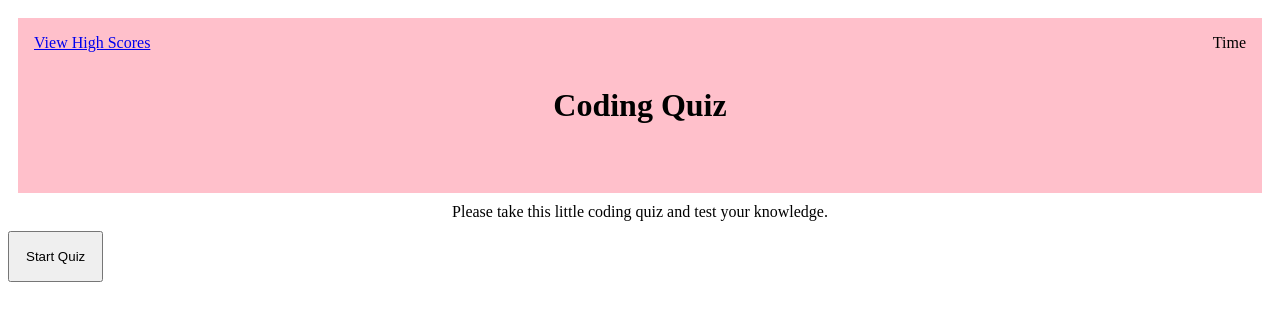
Repository: Naomilounsbury/code-quiz
Page: index.html
These files come from the project's save history. The page is drawn as it stood at one moment and after the next save; the edit follows.
The browser window is 1280 px wide. The pictures show the whole page.

Above is the page before, as saved 2021-11-29 10:36:00.

After the next save:
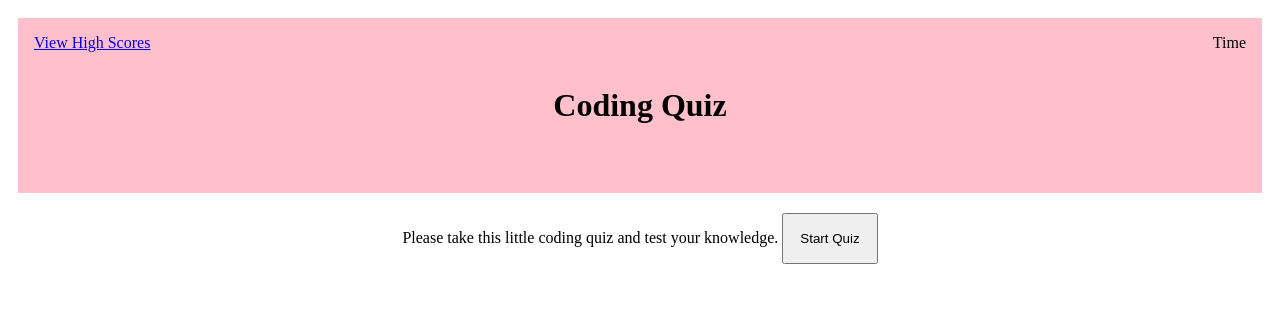
Saved 42 s later.
--- a/assets/css/styles.css
+++ b/assets/css/styles.css
@@ -34,9 +34,9 @@
 
 }
 button{
-    display: flex;
+    /* display: flex;
     flex-wrap: wrap;
-    position: relative;
+    position: relative; */
     margin: 10px 0 5px 0;
     justify-content: center;
     padding: 16px;

After the 3 saves that followed:
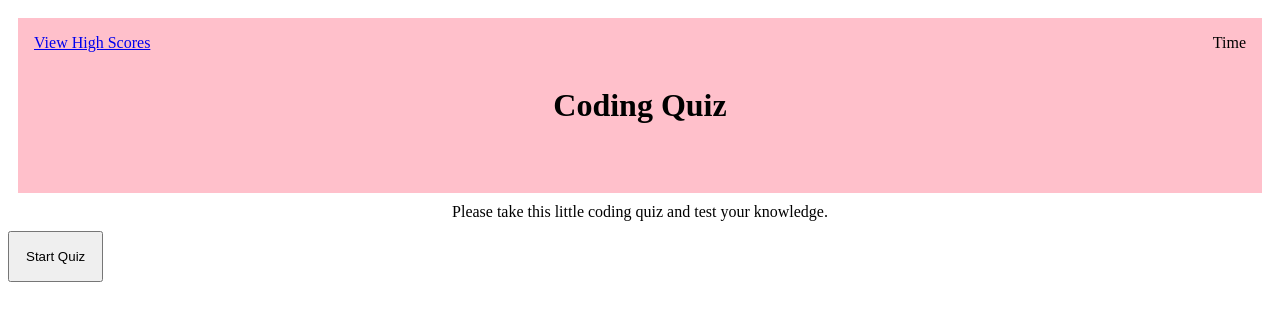
The 3 saves are shown as one change because 2 left the picture as it was.
The last was saved 3 min 19 s later.
--- a/assets/css/styles.css
+++ b/assets/css/styles.css
@@ -34,9 +34,9 @@
 
 }
 button{
-    /* display: flex;
+    display: flex;
     flex-wrap: wrap;
-    position: relative; */
+
     margin: 10px 0 5px 0;
     justify-content: center;
     padding: 16px;
--- a/assets/js/script.js
+++ b/assets/js/script.js
@@ -18,7 +18,7 @@ var onStartQuiz = function () {
     timeInterval = setInterval(function () {
         document.querySelector(".time").innerText = "Time:" + timeLeft
         timeLeft--
-        if (timeLeft === 0){
+        if (timeLeft <= 0){
             showScore()
         }
     }, 1000);
